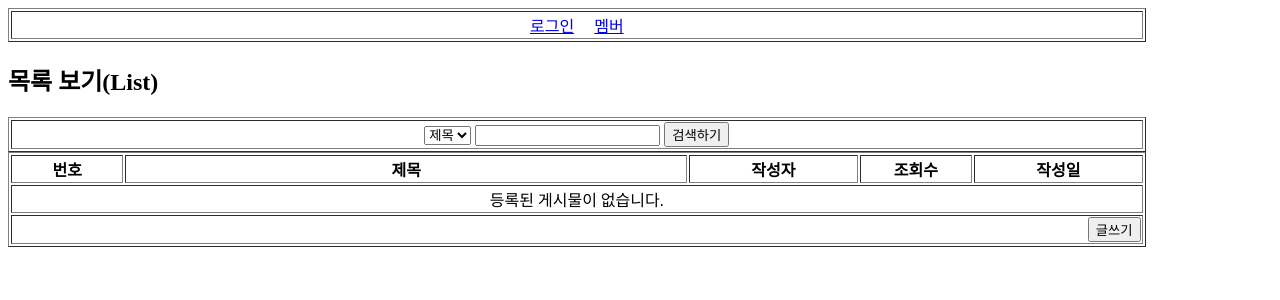
Repository: jungwoonAn/jsp_basic
Page: http://localhost/MustHaveJSP/08_Board/List.jsp
The author's editor kept a copy of each file at every save. The page is drawn from the files as they stood at one save, then again after the next save.
The browser window is 1280 px wide. The pictures show the whole page.
The page is served by Tomcat 10. Other server files are loaded and not shown. Queries for data that is not in the repository find no rows.

Above is the page before, as saved 2024-10-22 02:09:11.

### MustHaveJSP/src/main/webapp/08_Board/List.jsp
<%@page import="model1.board.BoardVO"%>
<%@page import="java.util.List"%>
<%@page import="java.util.HashMap"%>
<%@page import="java.util.Map"%>
<%@page import="model1.board.BoardDAO"%>
<%@ page language="java" contentType="text/html; charset=UTF-8"
    pageEncoding="UTF-8"%>
<%
// DAO 생성하여 DB 연결
BoardDAO bDao = new BoardDAO(application);

// 사용자가 입력한 검색 조건을 Map에 저장
Map<String, Object> param = new HashMap<String, Object>();
String searchField = request.getParameter("searchField");
String searchWord = request.getParameter("searchWord");
if(searchWord != null){
	param.put("searchField", searchField);
	param.put("searchWord", searchWord);
}

int totalCount = bDao.selectCount(param);  // 게시물 수 확인
List<BoardVO> boardList = bDao.selectList(param);  // 게시물 목록 받기
bDao.close();  // DB 연결 닫기
%>
<!DOCTYPE html>
<html>
<head>
<meta charset="UTF-8">
<title>회원제 게시판</title>
</head>
<body>
	<jsp:include page="../Common/Link.jsp" />

	<h2>목록 보기(List)</h2>
	<!-- 검색 폼 -->
	<form action="" method="get">
		<table border="1" width="90%">
			<tr>
				<td style="text-align:center;">
					<select name="searchField">
						<option value="title">제목</option>
						<option value="content">내용</option>
					</select>
					<input type="text" name="searchWord">
					<button type="submit">검색하기</button>
				</td>
			</tr>
		</table>
	</form>
	<!-- 게시물 목록 테이블 -->
	<table border="1" width="90%">
		<thead>
			<tr>
				<th width="10%">번호</th>
				<th width="50%">제목</th>
				<th width="15%">작성자</th>
				<th width="10%">조회수</th>
				<th width="15%">작성일</th>
			</tr>
		</thead>
	<%
	if(boardList.isEmpty()){
		// 게시물이 없을 때
	%>
		<tbody>
			<tr>
				<td colspan="5" style="text-align:center;">등록된 게시물이 없습니다.</td>
			</tr>
		</tbody>
	<%
	}else {
		// 게시물이 있을 때
		int virtualNum = 0;  // 화면상 게시물 번호
		for(BoardVO bVo : boardList){
			virtualNum = totalCount--;  // 전체 게시물 수에서 시작해 1씩 감소
		%>
			<tbody>
				<tr style="text-align:center;">
					<td><%= virtualNum %></td>
					<td><%= bVo.getTitle() %></td>
					<td><%= bVo.getId() %></td>
					<td><%= bVo.getVisitcount() %></td>
					<td><%= bVo.getPostdate() %></td>
				</tr>
			</tbody>

		<%
		}
	}
	%>
		<!-- 목록 하단의 글쓰기 버튼 -->
		<tfoot>
			<tr>
				<td colspan="5" style="text-align:right;">
					<button type="button" onclick="location.href='Write.jsp';">글쓰기</button>
				</td>
			</tr>
		</tfoot>
	</table>

</body>
</html>

### MustHaveJSP/src/main/webapp/Common/Link.jsp
<%@ page language="java" contentType="text/html; charset=UTF-8"
    pageEncoding="UTF-8"%>
<table border="1" style="width:90%;">
	<tr>
		<td style="text-align:center;">
		<!-- 로그인 여부에 따른 메뉴 변화 -->
		<% if(session.getAttribute("UserId")==null) {
		%>
			<a href="../06_Session/LoginForm.jsp">로그인</a>
		<%
		}else {
		%>
			<a href="../06_Session/Logout.jsp">로그아웃</a>
		<%
		}
		%>
			<!-- 게시판 링크 -->
			&nbsp;&nbsp;&nbsp;
			<a href="../06_Session/List.jsp">멤버</a>

			<!--
			&nbsp;&nbsp;&nbsp;
			<a href="../08_Board/List.jsp">게시판(페이징X)</a>
			&nbsp;&nbsp;&nbsp;
			<a href="../09_PagingBoard/List.jsp">게시판(페이징O)</a>
			 -->
		</td>
	</tr>

</table>

### MustHaveJSP/src/main/java/common/JDBConnect.java
package common;

import java.sql.Connection;
import java.sql.DriverManager;
import java.sql.PreparedStatement;
import java.sql.ResultSet;
import java.sql.Statement;

import jakarta.servlet.ServletContext;

public class JDBConnect {
	public Connection conn;
	public Statement stmt;
	public PreparedStatement pstmt;
	public ResultSet rs;

	// 기본 생성자
	public JDBConnect() {
		try {
			// JDBC 드라이버 로드
			Class.forName("oracle.jdbc.OracleDriver");

			// DB 연결
			String url = "jdbc:oracle:thin:@localhost:1521:xe";
			String id = "musthave";
			String pwd = "1234";
			conn = DriverManager.getConnection(url, id, pwd);

			System.out.println("DB 연결 성공(기본 생성자)");
		}catch (Exception e) {
			e.printStackTrace();
		}
	}

	// 두번째 생성자
	public JDBConnect(String driver, String url, String id, String pwd) {
		try {
			// JDBC 드라이버 로드
			Class.forName(driver);

			// DB 연결
			conn = DriverManager.getConnection(url, id, pwd);

			System.out.println("DB 연결 성공(인수 생성자 1)");
		}catch (Exception e) {
			e.printStackTrace();
		}
	}

	// 세번째 생성자
	public JDBConnect(ServletContext application) {
		try {
			// JDBC 드라이버 로드
			String driver = application.getInitParameter("OracleDriver");
			Class.forName(driver);

			// DB 연결
			String url = application.getInitParameter("OracleURL");
			String id = application.getInitParameter("OracleId");
			String pwd = application.getInitParameter("OraclePwd");
			conn = DriverManager.getConnection(url, id, pwd);

			System.out.println("DB 연결 성공(인수 생성자 2)");
		}catch (Exception e) {
			e.printStackTrace();
		}
	}

	// 연결 해제(자원 반납)
	public void close() {
		try {
			if(rs != null) rs.close();
			if(stmt != null) stmt.close();
			if(pstmt != null) pstmt.close();
			if(conn != null) conn.close();

			System.out.println("JDBC 자원 해제");
		}catch(Exception e) {
			e.printStackTrace();
		}
	}

}

### MustHaveJSP/src/main/java/model1/board/BoardDAO.java
package model1.board;

import java.util.ArrayList;
import java.util.List;
import java.util.Map;

import common.JDBConnect;
import jakarta.servlet.ServletContext;

public class BoardDAO extends JDBConnect {

	// 1.DB 연결
	public BoardDAO(ServletContext application) {
		super(application);
	}

	// 2.게시물 개수 세기
	public int selectCount(Map<String, Object> map) {
		int totalCount = 0;  // 결과(게시물 수)를 담을 변수

		// 모든 게시물 수를 얻어오는 쿼리
		String sql = "select count(*) from board";

		// 검색 조회 : select count(*) from board where title like '%홍길동%';
		if(map.get("searchWord") != null) {
			sql += " where " + map.get("searchField") + " "
					+ " like '%" + map.get("searchWord") + "%'";
		}

		try {
			stmt = conn.createStatement();  //쿼리문 생성
			rs = stmt.executeQuery(sql);  // 쿼리 실행
			rs.next();  // 커서를 첫번째 생으로 이동
			totalCount = rs.getInt(1);  // 첫번째 컬럼 값을 가져옴
		}catch(Exception e) {
			System.out.println("게시물 수를 구하는 중 예외 발생");
			e.printStackTrace();
		}

		return totalCount;
	}

	// 3.게시물 목록 가져오기
	public List<BoardVO> selectList(Map<String, Object> map){
		List<BoardVO> list = new ArrayList<BoardVO>();  // 결과(게시물 목록)를 담을 변수

		// 모든 게시물 조회
		String sql = "select * from board";

		// 검색 조회 : select * from board where title like '%홍길동%';
		if(map.get("searchWord") != null) {
			sql += " where " + map.get("searchField") + " "
					+ " like '%" + map.get("searchWord") + "%'";
		}
		sql += " order by num desc";

		try {
			stmt = conn.createStatement();
			rs = stmt.executeQuery(sql);

			while(rs.next()) {
				// 한 행(게시물 하나)의 내용을 VO에 저장
				BoardVO bVo = new BoardVO();

				bVo.setNum(rs.getString("num"));
				bVo.setTitle(rs.getString("title"));
				bVo.setContent(rs.getString("content"));
				bVo.setPostdate(rs.getDate("postdate"));
				bVo.setId(rs.getString("id"));
				bVo.setVisitcount(rs.getString("visitcount"));

				list.add(bVo);
			}
		}catch(Exception e) {
			System.out.println("게시물 조회 중 예외 발생");
			e.printStackTrace();
		}

		return list;
	}

}

After the next save:
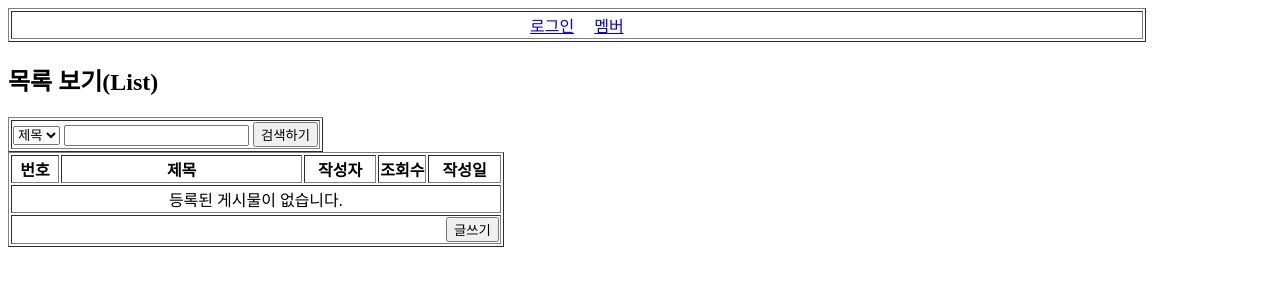
Saved 114 s later.
--- a/MustHaveJSP/src/main/webapp/08_Board/List.jsp
+++ b/MustHaveJSP/src/main/webapp/08_Board/List.jsp
@@ -34,7 +34,7 @@
 	<h2>목록 보기(List)</h2>
 	<!-- 검색 폼 -->
 	<form action="" method="get">
-		<table border="1" width="90%">
+		<table border="1">
 			<tr>
 				<td style="text-align:center;">
 					<select name="searchField">
@@ -48,7 +48,7 @@
 		</table>
 	</form>
 	<!-- 게시물 목록 테이블 -->
-	<table border="1" width="90%">
+	<table border="1">
 		<thead>
 			<tr>
 				<th width="10%">번호</th>

After the save that followed:
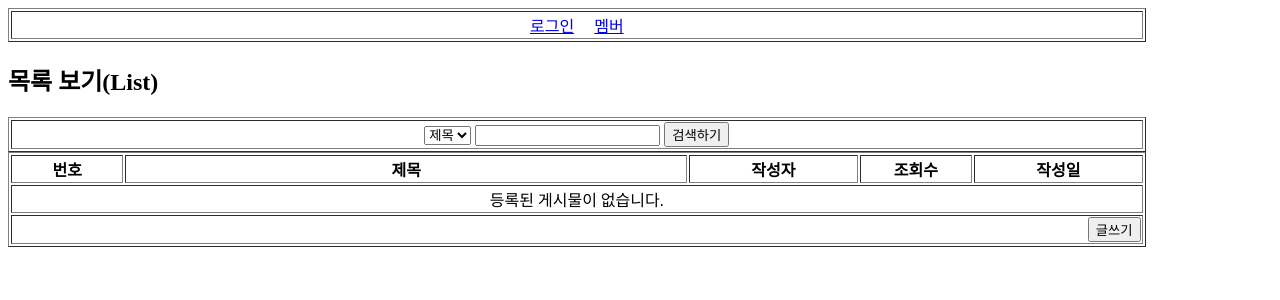
Saved 7 s later.
--- a/MustHaveJSP/src/main/webapp/08_Board/List.jsp
+++ b/MustHaveJSP/src/main/webapp/08_Board/List.jsp
@@ -34,7 +34,7 @@
 	<h2>목록 보기(List)</h2>
 	<!-- 검색 폼 -->
 	<form action="" method="get">
-		<table border="1">
+		<table border="1" width="90%">
 			<tr>
 				<td style="text-align:center;">
 					<select name="searchField">
@@ -48,7 +48,7 @@
 		</table>
 	</form>
 	<!-- 게시물 목록 테이블 -->
-	<table border="1">
+	<table border="1" width="90%">
 		<thead>
 			<tr>
 				<th width="10%">번호</th>
